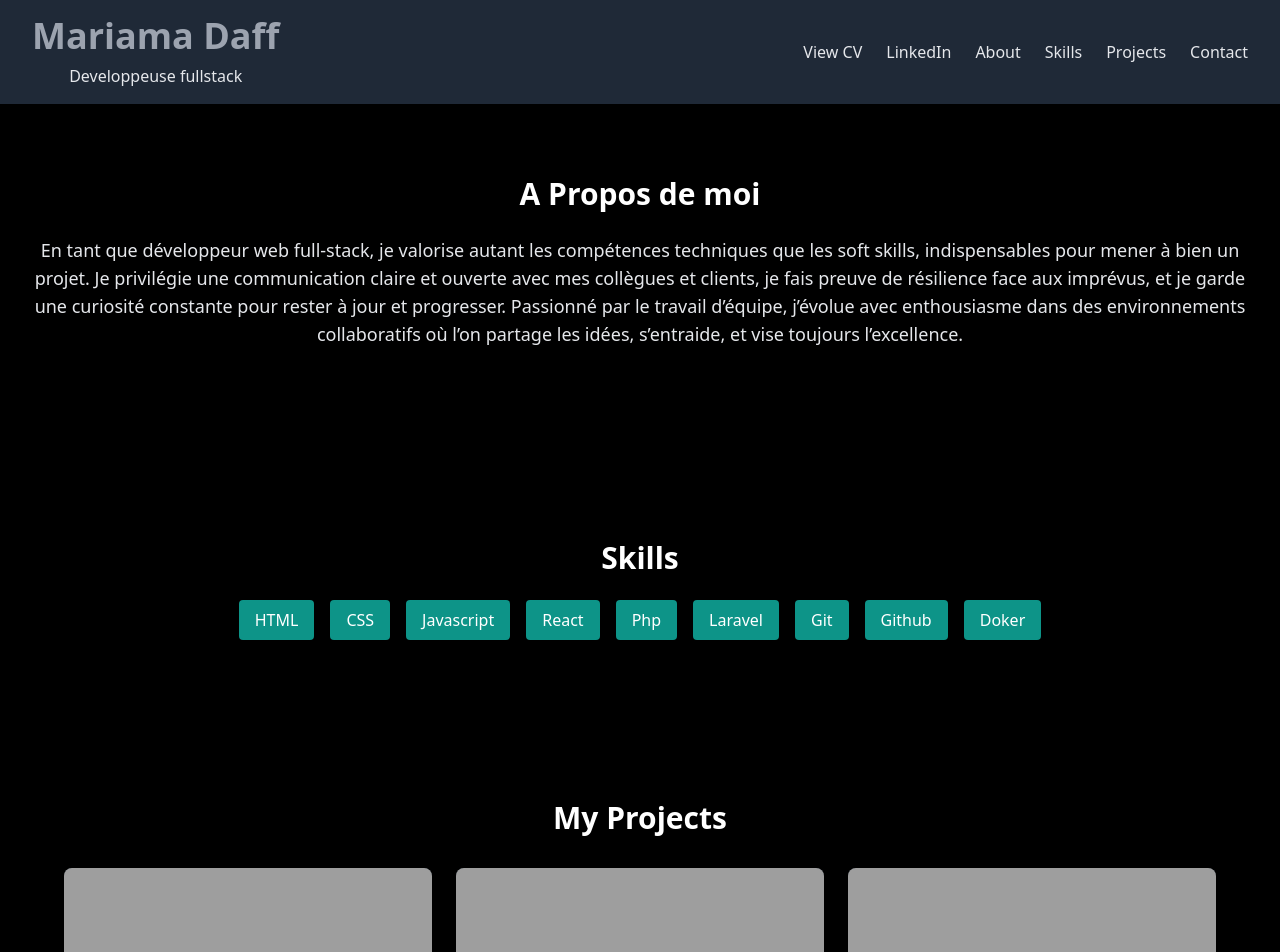
Repository: mariamdaff/Projets_Perso
Page: / (app in mon_portfolio/)
These files come from the project's save history. The page is drawn as it stood at one moment and after the next save; the edit follows.
The browser window is 1280 px wide. The pictures show the part of the page from y = 0 to 952 px (the page is 2315 px tall before and 2319 px after).
Pictures or frames that could not be fetched are drawn as grey boxes. The project was rebuilt for these pictures with package versions that can differ from the ones it lists, and the page was loaded fresh each time. Also part of the build but not shown: mon_portfolio/vite.config.js.

Above is the page before, as saved 2025-04-20 17:47:32.

### mon_portfolio/index.html
<!doctype html>
<html lang="en">
  <head>
    <meta charset="UTF-8" />
    <link rel="icon" type="image/svg+xml" href="/cvFivicon.png" />
    <meta name="viewport" content="width=device-width, initial-scale=1.0" />
    <title>Mon portfolio</title>
  </head>
  <body className="bg-black text-gray-400">
    <div id="root"></div>
    <script type="module" src="/src/main.jsx"></script>
  </body>
</html>

### mon_portfolio/src/main.jsx
import './index.css';
import { StrictMode } from 'react'
import { createRoot } from 'react-dom/client'
import './index.css'
import App from './App.jsx'

createRoot(document.getElementById('root')).render(
  <StrictMode>
    <App />
  </StrictMode>,
)

### mon_portfolio/src/App.jsx
import React from 'react';
import { BrowserRouter as Router, Routes, Route } from 'react-router-dom';
// import NavbarElement from './component/navBar/NavBarComponent';
import Layout from './Layout';


const App = () => {
  return (
    <Router>

      <Routes>
        <Route path="/" element={<Layout />}>
        </Route>
      </Routes>

    </Router>
  );
};

export default App;

### mon_portfolio/src/Layout.jsx
import React from 'react';
import NavbarElement from './components/navBar/NavBarComponent';
import Projets from './components/projets/Projets';
import Contact from './components/contact/Contact';
import APropos from './components/A_Propos/APropos';
import Skills from './components/skills/Skills';
import Footer from './components/footer/Footer';
import { Element } from 'react-scroll';

const Layout = () => {
  return (
    <div className="bg-black min-h-screen text-white scroll-smooth">
      <NavbarElement />
      <main className="p-6 space-y-16">
      <Element name="A_Propos">
          <APropos />
        </Element>
        <Element name="skills">
          <Skills />
        </Element>
        <Element name="projets">
          <Projets />
        </Element>
        <Element name="contact">
          <Contact />
        </Element>

      </main>
      <Footer />
    </div>
  );
};

export default Layout;

### mon_portfolio/src/components/navBar/NavBarComponent.jsx

import React from 'react';
import LiensDeNavigation from './NavBarLiens.jsx';
import Description from './NavBarDescriptionPost.jsx';
import MonNom from './NavBarNom.jsx';


const NavbarElement = () => {
  return (
    <header className="sticky top-0 z-50 bg-gray-800 shadow-md">
      <nav className="text-gray-200 px-8 py-4 flex justify-between items-center">
        <div className="text-center">
          <MonNom />
          <Description />
        </div>
        <LiensDeNavigation />
      </nav>
    </header>
  );
};

export default NavbarElement;

### mon_portfolio/src/components/projets/Projets.jsx
import React from 'react';

const Projets = () => {
  const projets = [
    {
      id: 1,
      titre: 'Quiz Game',
      description: 'Projet de quiz interactif avec 5 séries de 4 questions. Tu peux choisir ton thème parmi 3.',
      image: '/assets/img/quiz-game.png',
      link: 'https://github.com/tonprofil/quiz-game'
    },
    {
      id: 2,
      titre: 'Dataviz & API',
      description: 'Application météo avec animations visuelles.',
      image: '/assets/img/meteo-app.png',
      link: 'https://github.com/tonprofil/meteo-app'
    },
    {
      id: 3,
      titre: 'Littoral Propre',
      description: 'Back-Office pour une association qui collecte des déchets sur la plage.',
      image: '/assets/img/littoral.png',
      link: 'https://github.com/tonprofil/littoral-propre'
    },
    {
      id: 4,
      titre: 'PushMyCode',
      description: 'Microblogging pour les devs avec partage d’astuces.',
      image: '/assets/img/pushmycode.png',
      link: 'https://github.com/tonprofil/pushmycode'
    },
    {
      id: 5,
      titre: 'Mobile-front',
      description: 'App mobile front-end responsive.',
      image: '/assets/img/mobile-front.png',
      link: 'https://github.com/tonprofil/mobile-front'
    },
    {
      id: 6,
      titre: 'Nafa Guessa',
      description: 'Plateforme locale pour projets sociaux.',
      image: '/assets/img/nafa-guessa.png',
      link: 'https://github.com/tonprofil/nafa-guessa'
    },
  ];

  return (
    <section className="py-12 px-4 bg-black text-white">
      <h2 className="text-3xl font-bold mb-8 text-center">My Projects</h2>
      <div className="grid grid-cols-1 sm:grid-cols-2 lg:grid-cols-3 gap-6 max-w-6xl mx-auto">
        {projets.map((projet) => (
          <div
            key={projet.id}
            className="bg-gray-800 rounded-lg overflow-hidden shadow-lg hover:scale-105 transition"
          >
            <img
              src={projet.image}
              alt={projet.titre}
              className="w-full h-48 object-cover"
            />
            <div className="p-4">
              <h3 className="text-xl font-semibold mb-2">{projet.titre}</h3>
              <p className="text-gray-400 mb-4">{projet.description}</p>
              <a
                href={projet.link}
                target="_blank"
                rel="noopener noreferrer"
                className="text-blue-400 hover:underline"
              >
                Voir le projet
              </a>
            </div>
          </div>
        ))}
      </div>
    </section>
  );
};

export default Projets;

### mon_portfolio/src/components/contact/Contact.jsx
import React from 'react';
const Contact =()=>{
    return(
        <section className="py-12 text-center">
        <h2 className="text-3xl font-semibold mb-6">Contact</h2>
        <form className="max-w-lg mx-auto">
          <input
            type="text"
            placeholder="Name"
            className="bg-gray-700 text-white px-4 py-2 rounded mb-4 w-full"
          />
          <input
            type="email"
            placeholder="Email"
            className="bg-gray-700 text-white px-4 py-2 rounded mb-4 w-full"
          />
          <textarea
            placeholder="Message"
            className="bg-gray-700 text-white px-4 py-2 rounded mb-4 w-full"
          />
          <button className="bg-teal-600 px-6 py-2 rounded w-full">Send</button>
        </form>
      </section>
    );
};

export default Contact;

### mon_portfolio/src/components/A_Propos/APropos.jsx
import React from 'react';
const APropos = () =>{
    return(
        <section className="text-center py-12">
        <h2 className="text-3xl font-semibold mb-6">A Propos de moi</h2>
       <p className="text-lg text-gray-200 mb-8">En tant que développeur web full-stack, je valorise autant les compétences techniques que les soft skills,
         indispensables pour mener à bien un projet. Je privilégie une communication claire et ouverte avec mes collègues et clients,
          je fais preuve de résilience face aux imprévus, et je garde une curiosité constante pour rester à jour et progresser.
          Passionné par le travail d’équipe, j’évolue avec enthousiasme dans des environnements collaboratifs où l’on partage les idées,
           s’entraide, et vise toujours l’excellence.</p>
      </section>
    );

};
export default APropos;

### mon_portfolio/src/components/skills/Skills.jsx
import React from 'react';
const Skills = () =>{
    return(
        <section className="py-12 text-center">
        <h2 className="text-3xl font-semibold mb-6">Skills</h2>
        <div className="space-x-4">
        <button className="bg-teal-600 px-4 py-2 rounded">HTML</button>
        <button className="bg-teal-600 px-4 py-2 rounded">CSS</button>
        <button className="bg-teal-600 px-4 py-2 rounded">Javascript</button>
        <button className="bg-teal-600 px-4 py-2 rounded">React</button>
        <button className="bg-teal-600 px-4 py-2 rounded">Php</button>
        <button className="bg-teal-600 px-4 py-2 rounded">Laravel</button>
        <button className="bg-teal-600 px-4 py-2 rounded">Git</button>
        <button className="bg-teal-600 px-4 py-2 rounded">Github</button>
        <button className="bg-teal-600 px-4 py-2 rounded">Doker</button>
        </div>
        </section>
    );

};
export default Skills;

### mon_portfolio/src/components/footer/Footer.jsx
import React from 'react';
import { FaGithub, FaLinkedin } from 'react-icons/fa';

const Footer = () => {
  return (
    <footer className="bg-black text-gray-400 text-center py-6 mt-12 border-t border-gray-700">
      <p className="text-sm mb-2">© 2025 Mariama Daff. Tous droits réservés.</p>

      <div className="flex justify-center space-x-4 text-2xl mb-2">
        <a
          href="https://github.com/ton-github" // ← change avec ton lien GitHub
          target="_blank"
          rel="noopener noreferrer"
          className="hover:text-white transition"
        >
          <FaGithub />
        </a>
        <a
          href="https://www.linkedin.com/in/ton-linkedin" // ← change avec ton lien LinkedIn
          target="_blank"
          rel="noopener noreferrer"
          className="hover:text-white transition"
        >
          <FaLinkedin />
        </a>
      </div>

      <p className="text-xs">Merci de votre visite 💻✨</p>
    </footer>
  );
};

export default Footer;

### mon_portfolio/src/components/navBar/NavBarLiens.jsx
import React from 'react';
import { Link } from 'react-scroll';

//  import { Link } from 'react-router-dom';



const LiensDeNavigation = () =>{
return (
    <ul className="flex space-x-6">
      <li> <a
            href="/monCV.pdf"
            target="_blank"
            rel="noopener noreferrer"
            className="btn-nav hover:text-gray-400 transition"
            >
             View CV
        </a></li>

      <li><a href="https://www.linkedin.com/in/mariama-daff"
            target="_blank"
            rel="noopener noreferrer"
            className="nav-btn  hover:text-gray-400 transition"
            >
            LinkedIn
        </a></li>

        <Link
  to="A_Propos"
  smooth={true}
  duration={500}
  offset={-70}
  className="cursor-pointer hover:text-gray-400 transition"
>
  About
</Link>

<Link
  to="skills"
  smooth={true}
  duration={500}
  offset={-70}
  className="cursor-pointer hover:text-gray-400 transition"
>
  Skills
</Link>

        <Link
  to="projets"
  smooth={true}
  duration={500}
  offset={-70} // décale pour prendre en compte ta navbar
  className="cursor-pointer hover:text-gray-400 transition"
>
  Projects
</Link>

<Link
  to="contact"
  smooth={true}
  duration={500}
  offset={-70}
  className="cursor-pointer hover:text-gray-400 transition"
>
  Contact
</Link>



    </ul>
  );
};

export default LiensDeNavigation;

### mon_portfolio/src/components/navBar/NavBarDescriptionPost.jsx
import React from 'react';

const Description = () =>{
return (
   <p className="text-md mt-2">Developpeuse fullstack</p>
  );
};

export default Description;

### mon_portfolio/src/components/navBar/NavBarNom.jsx
import React from 'react';

const MonNom = () =>{
return (
   <h1 className="text-4xl font-bold text-gray-400">Mariama Daff</h1>
  );
};

export default MonNom;

Loaded but not shown: mon_portfolio/src/index.css (common file); mon_portfolio/tailwind.config.js (common file)

After the next save:
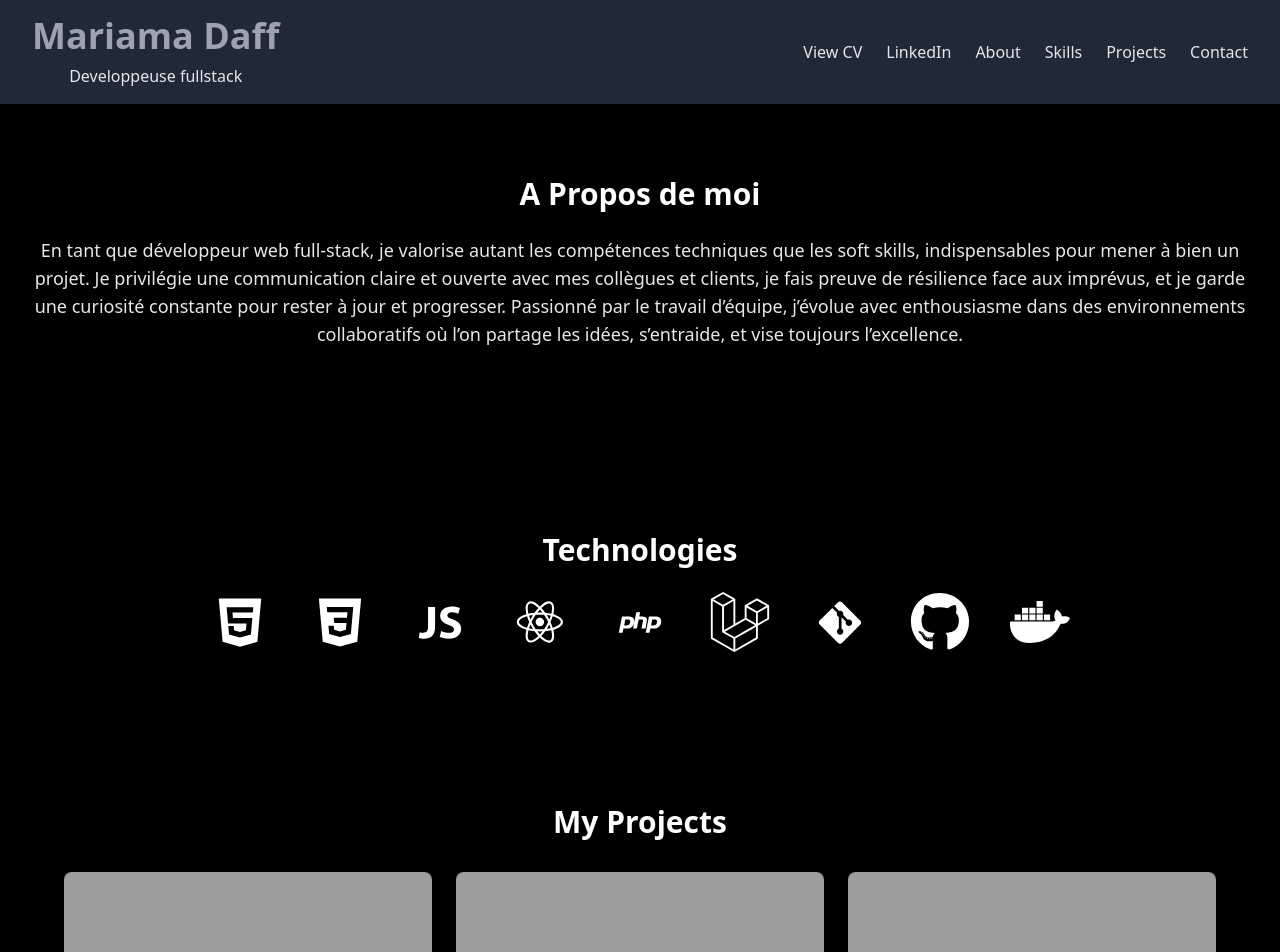
Saved 80 min 20 s later.
--- a/mon_portfolio/src/components/skills/Skills.jsx
+++ b/mon_portfolio/src/components/skills/Skills.jsx
@@ -1,21 +1,25 @@
 import React from 'react';
-const Skills = () =>{
-    return(
-        <section className="py-12 text-center">
-        <h2 className="text-3xl font-semibold mb-6">Skills</h2>
-        <div className="space-x-4">
-        <button className="bg-teal-600 px-4 py-2 rounded">HTML</button>
-        <button className="bg-teal-600 px-4 py-2 rounded">CSS</button>
-        <button className="bg-teal-600 px-4 py-2 rounded">Javascript</button>
-        <button className="bg-teal-600 px-4 py-2 rounded">React</button>
-        <button className="bg-teal-600 px-4 py-2 rounded">Php</button>
-        <button className="bg-teal-600 px-4 py-2 rounded">Laravel</button>
-        <button className="bg-teal-600 px-4 py-2 rounded">Git</button>
-        <button className="bg-teal-600 px-4 py-2 rounded">Github</button>
-        <button className="bg-teal-600 px-4 py-2 rounded">Doker</button>
-        </div>
-        </section>
-    );
+import { DiHtml5, DiCss3, DiJavascript1, DiReact, DiPhp, DiGit } from 'react-icons/di';
+import { FaGithub, FaDocker } from 'react-icons/fa';
+import { SiLaravel } from 'react-icons/si';
 
+const Skills = () => {
+  return (
+    <section className="py-10 bg-black text-white text-center">
+      <h2 className="text-3xl font-bold mb-6">Technologies</h2>
+      <div className="flex justify-center flex-wrap gap-10 text-6xl">
+        <DiHtml5 title="HTML5" className="hover:text-orange-500 transition" />
+        <DiCss3 title="CSS3" className="hover:text-blue-500 transition" />
+        <DiJavascript1 title="JavaScript" className="hover:text-yellow-400 transition" />
+        <DiReact title="React" className="hover:text-cyan-400 transition" />
+        <DiPhp title="PHP" className="hover:text-indigo-400 transition" />
+        <SiLaravel title="Laravel" className="hover:text-red-600 transition" />
+        <DiGit title="Git" className="hover:text-orange-400 transition" />
+        <FaGithub title="GitHub" className="hover:text-gray-300 transition" />
+        <FaDocker title="Docker" className="hover:text-blue-300 transition" />
+      </div>
+    </section>
+  );
 };
+
 export default Skills;
